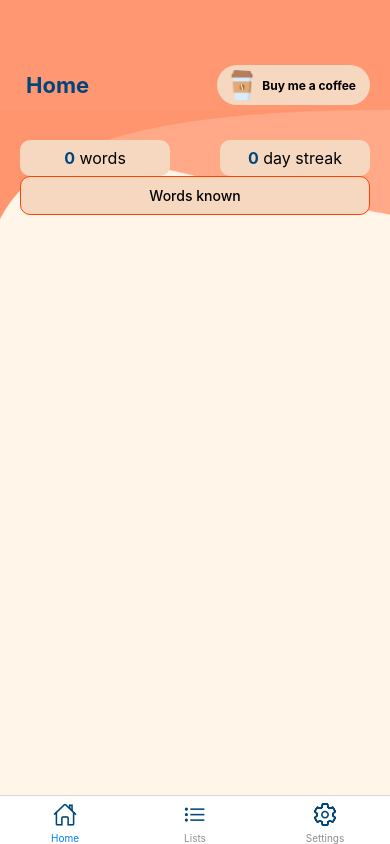
Repository: David-Waite/SpellingApp
Screen: /
These files come from the project's save history. The screen is drawn as it stood at one moment and after the next save; the edit follows.
The app was drawn by React Native's web renderer in a window 390 px wide. The project was rebuilt for these pictures with package versions that can differ from the ones it lists, and the page was loaded fresh each time. Also part of the build but not shown: screens/Settings.js, screens/SpellWord.js, screens/WordsLearnt.js, screens/WordListOverview.js, screens/WordLists.js, screens/Donate.js.

Above is the screen before, as saved 2023-06-22 22:27:47.

After the next save:
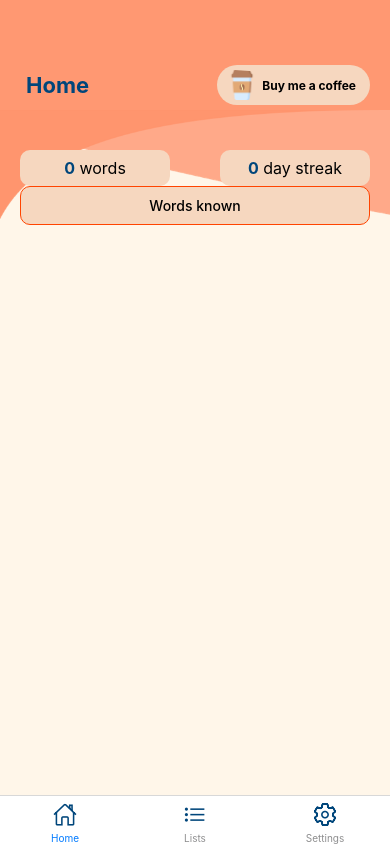
Saved 18 s later.
--- a/screens/Home.js
+++ b/screens/Home.js
@@ -43,7 +43,7 @@ const styles = StyleSheet.create({
   },
   container: {
     padding: 20,
-    paddingTop: 30,
+    paddingTop: 40,
   },
   ImageBackground: {
     resizeMode: "contain",
